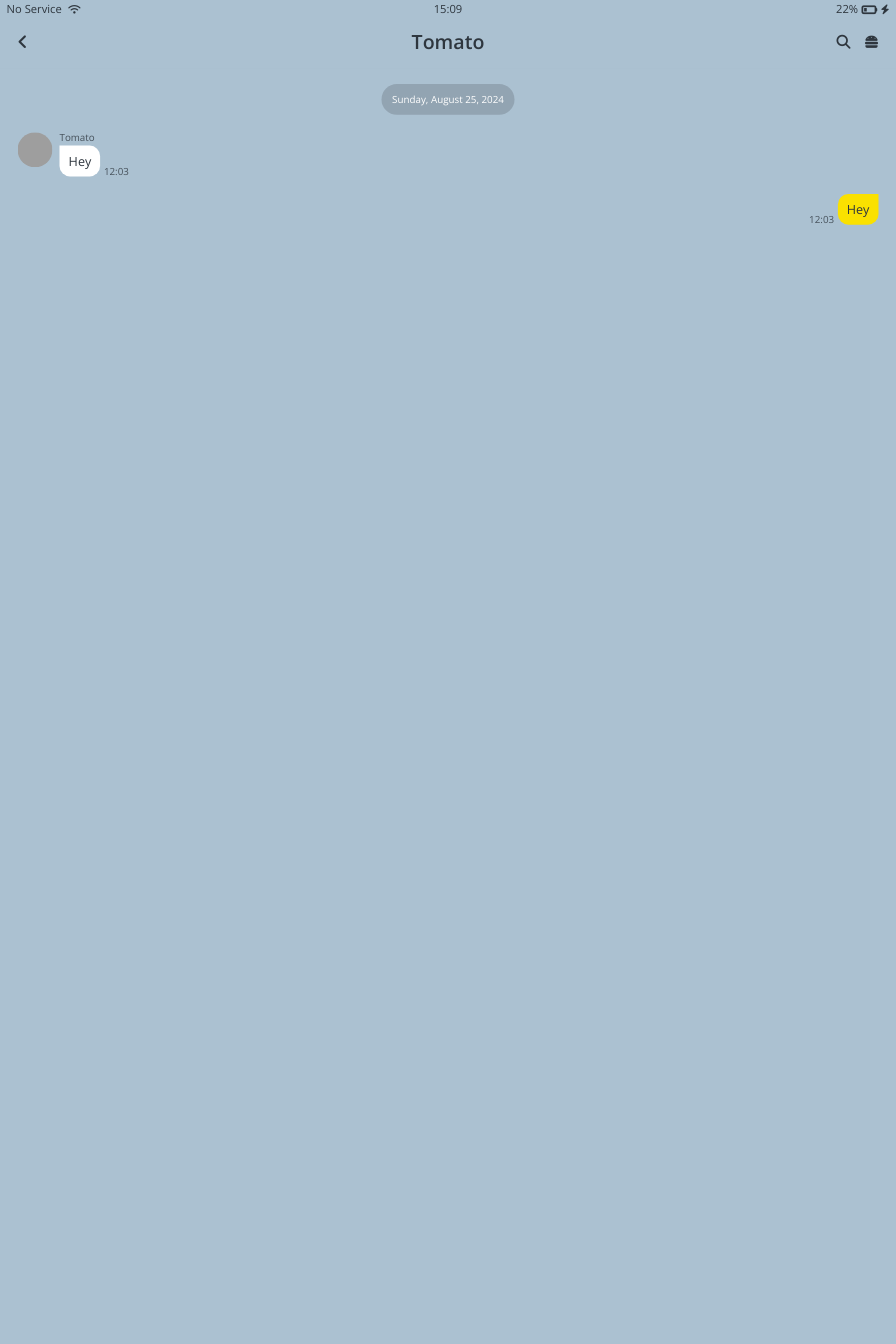
Repository: mjey14/kokoa-clone-2024-08
Page: chat.html
An editor plug-in stored every save of this project. The page is shown before and after the next save, followed by the edit.
The browser window is 1280 px wide. The pictures show the part of the page from y = 0 to 1920 px (the page is 79320 px tall), at 70% of full size.
Pictures or frames that could not be fetched are drawn as grey boxes. Some web libraries are served in a nearby version.

Above is the page before, as saved 2024-08-25 20:58:15.

### chat.html
<!DOCTYPE html>
<html lang="en">
  <head>
    <link rel="stylesheet" href="css/styles.css" />
    <meta charset="UTF-8" />
    <meta name="viewport" content="width=device-width, initial-scale=1.0" />
    <title>Chat w/ Tomato - KokoaClone</title>
  </head>
  <body id="chat-screen">
    <div class="status-bar" id="chat-screen__status-bar">
      <div class="status-bar__column">
        <span>No Service</span>
        <i class="fa-solid fa-wifi fa-sm"></i>
      </div>
      <div class="status-bar__column">
        <span>15:09</span>
      </div>
      <div class="status-bar__column">
        <span>22%</span>
        <i class="fa-solid fa-battery-quarter fa-lg"></i>
        <i class="fa-solid fa-bolt fa-sm"></i>
      </div>
    </div>

    <header class="alt-header">
      <div class="alt-header__column">
        <a href="chats.html"><i class="fa-solid fa-angle-left fa-xl"></i></a>
      </div>
      <div class="alt-header__column">
        <h1 class="alt-header__title">Tomato</h1>
      </div>
      <div class="alt-header__column">
        <span><i class="fa-solid fa-magnifying-glass fa-lg"></i></span>
        <span><i class="fa-solid fa-burger fa-lg"></i></span>
      </div>
    </header>

    <main class="main-screen main-chat">
      <div class="chat__timestamp">Sunday, August 25, 2024</div>
      <div class="message-row">
        <img
          src="https://www.heddensofwoodtown.co.uk/wp-content/uploads/2020/05/tomatoes_opt.jpg"
        />
        <div class="message-row__content">
          <span class="message__author">Tomato</span>
          <div class="message__info">
            <span class="message__bubble">Hey</span>
            <span class="message__time">12:03</span>
          </div>
        </div>
      </div>
      <div class="message-row message-row--own">
        <div class="message-row__content">
          <div class="message__info">
            <span class="message__bubble">Hey</span>
            <span class="message__time">12:03</span>
          </div>
        </div>
      </div>
    </main>

    <script
      src="https://kit.fontawesome.com/2eddee84de.js"
      crossorigin="anonymous"
    ></script>
  </body>
</html>

### css/styles.css
@import url("https://fonts.googleapis.com/css2?family=Open+Sans:ital,wght@0,300..800;1,300..800&display=swap");
@import "reset.css";
@import "variables.css";

/* Components */
@import "components/status-bar.css";
@import "components/nav-bar.css";
@import "components/screen-header.css";
@import "components/user-component.css";
@import "components/badge.css";
@import "components/icon-row.css";
@import "components/alt-screen-header.css";

/* Screens */
@import "screens/login.css";
@import "screens/friends.css";
@import "screens/find.css";
@import "screens/more.css";
@import "screens/settings.css";
@import "screens/chat.css";

body {
  font-family: "Open Sans", sans-serif;
  color: #2e363e;
}

.main-screen {
  padding: 0px var(--horizontal-space);
}

### css/components/status-bar.css
.status-bar {
  display: flex;
  justify-content: center;
  padding: 5px 3px;
  position: fixed;
  top: 0px;
  width: 100%;
  box-sizing: content-box;
}

.status-bar__column {
  width: 33%;
}

.status-bar__column:first-child span {
  margin-right: 5px;
}

.status-bar__column:nth-child(2) {
  display: flex;
  justify-content: center;
}

.status-bar__column:last-child {
  display: flex;
  justify-content: flex-end;
  align-items: center;
}

.status-bar__column .fa-battery-quarter {
  margin: 0px 5px;
}

### css/components/nav-bar.css
.nav {
  position: fixed;
  bottom: 0px;
  width: 100%;
  background-color: #f9f9fa;
  padding: 20px 50px;
  box-sizing: border-box;
  border-top: var(--main-border);
}

.nav__list {
  display: flex;
  justify-content: space-between;
}

.nav__link {
  color: #2e363e;
  position: relative;
}

.nav__notification {
  position: absolute;
  left: 20px;
  bottom: 15px;
}

.nav__newbadge {
  background-color: tomato;
  width: 5px;
  height: 5px;
  border-radius: 50%;
  display: flex;
  justify-content: center;
  align-items: center;
  position: absolute;
  left: 30px;
  bottom: 30px;
}

### css/components/screen-header.css
.screen-header {
  display: flex;
  justify-content: space-between;
  align-items: center;
  padding: var(--horizontal-space);
  margin-top: 20px;
  margin-bottom: 15px;
}

.screen-header__title {
  font-size: 32px;
  font-weight: 600;
}

.screen-header__icons span {
  margin-left: 25px;
}

.screen-header__icons {
  position: relative;
}

.screen-header__newbadge {
  background-color: tomato;
  width: 5px;
  height: 5px;
  border-radius: 50%;
  display: flex;
  justify-content: center;
  align-items: center;
  position: absolute;
  right: -5px;
  top: -5px;
}

### css/components/user-component.css
.user-component {
  justify-content: space-between;
  margin-bottom: 25px;
}

.user-component,
.user-component__column:first-child {
  display: flex;
  align-items: center;
}

.user-component__avatar {
  width: 70px;
  height: 70px;
  border: 1px solid rgba(0, 0, 0, 0.1);
  border-radius: 27px;
  margin-right: 20px;
}

.user-component__title {
  font-weight: 600;
  font-size: 22px;
}

.user-component__subtitle {
  margin-top: 8px;
  font-size: 17px;
  color: var(--gray);
}

.user-component__subtitle i {
  color: var(--gray);
  margin-left: 2px;
}

.user-component__avatar--xl {
  width: 80px;
  height: 80px;
}

.user-component__avatar--sm {
  width: 60px;
  height: 60px;
  border-radius: 25px;
}

.user-component__title--not-bold {
  font-weight: 400;
}

.user-component__column:last-child {
  color: var(--gray);
  display: flex;
  flex-direction: column;
  align-items: end;
}

.user-component__time {
  margin-bottom: 5px;
  display: block;
}

### css/components/badge.css
.badge {
  background-color: tomato;
  color: white;
  font-weight: 600;
  width: 25px;
  height: 25px;
  border-radius: 50%;
  display: flex;
  justify-content: center;
  align-items: center;
}

### css/components/alt-screen-header.css
.alt-header {
  padding: var(--horizontal-space);
  margin-top: 20px;
  margin-bottom: 15px;
  display: flex;
  align-items: center;
  justify-content: center;
}

.alt-header__column {
  width: 33%;
}

.alt-header__title {
  font-size: 28px;
  font-weight: 600;
}

.alt-header__column:first-child {
  margin-right: auto;
}

.alt-header__column:nth-child(2) {
  text-align: center;
}

.alt-header__column:last-child {
  margin-left: auto;
  display: flex;
  justify-content: flex-end;
}

.alt-header__column span:last-child {
  margin-left: 20px;
}

### css/screens/login.css
.welcome-header {
  margin: 90px 0px;
  text-align: center;
  display: flex;
  flex-direction: column;
  align-items: center;
}

.welcome-header__title {
  margin-bottom: 20px;
  font-size: 25px;
}

.welcome-header__text {
  width: 60%;
  opacity: 0.7;
}

#login-form {
  display: flex;
  flex-direction: column;
  margin: 0px 30px;
}

#login-form input {
  border: none;
  padding: 15px 0px;
  font-size: 18px;
  margin-bottom: 25px;
}

#login-form input:not([type="submit"]) {
  border-bottom: 1px solid rgba(0, 0, 0, 0.2);
  transition: border-color 0.3s ease-in-out;
}

#login-form input::placeholder {
  color: rgba(0, 0, 0, 0.4);
}

#login-form input:focus {
  border-color: var(--yellow);
}

#login-form input[type="submit"] {
  background-color: var(--yellow);
  cursor: pointer;
  padding: 15px 0px;
  border-radius: 5px;
}

#login-form a {
  text-align: center;
  text-decoration: none;
  color: inherit;
  font-size: 13px;
}

### css/screens/friends.css
#friends-display-link {
  text-align: center;
  display: block;
  background-color: #fafafa;
  padding: 15px 0px;
  font-size: 18px;
  margin-bottom: 25px;
  margin-top: -10px;
}

#friends-display-link i {
  color: rgba(0, 0, 0, 0.3);
}

.friends-screen {
  padding: 0px var(--horizontal-space);
}

.friends-screen__channel {
  border-top: var(--main-border);
  padding-top: 25px;
}

.friends-screen__channel-header {
  margin-bottom: 25px;
  display: flex;
  justify-content: space-between;
  color: var(--gray);
  font-size: 14px;
}

### css/screens/find.css
.recommended-friends {
  margin: 25px 0px;
  padding: 25px 0px;
  border-top: var(--main-border);
  border-bottom: var(--main-border);
}

.recommended-friends__title {
  font-size: 14px;
  color: var(--gray);
}

.recommended-friends span {
  display: block;
  margin: 100px 0px;
  text-align: center;
  font-size: 16px;
  color: var(--gray);
}

.open-chat__header {
  display: flex;
  justify-content: space-between;
  font-size: 14px;
  color: var(--gray);
  margin-bottom: 25px;
}

.open-chat__header span {
  opacity: 0.8;
}

.open-post {
  display: flex;
  justify-content: space-between;
  align-items: center;
}

.open-post__title {
  font-weight: 600;
  margin-bottom: 10px;
}

.open-post__hashtags {
  text-transform: uppercase;
  color: var(--gray);
}

.open-post__members {
  margin-top: 7px;
  display: flex;
  align-items: center;
}

.open-post__members img {
  width: 15px;
  height: 15px;
  border-radius: 50%;
  margin-right: 5px;
}

.open-post__members-count {
  color: var(--gray);
  font-size: 14px;
}

.open-post__members .divider {
  width: 1px;
  height: 12px;
  margin: 0px 5px;
  background-color: var(--gray);
}

.open-post__members-status {
  color: #ffb0e0;
}

.open-post__photo {
  position: relative;
}

.open-post__photo img {
  width: 120px;
  height: 120px;
  border-radius: 10px;
}

.open-post__heart-count {
  background-color: rgba(0, 0, 0, 0.5);
  color: white;
  padding: 5px;
  border-radius: 20px;
  display: flex;
  align-items: center;
  position: absolute;
  bottom: 10px;
  right: 10px;
  font-size: 14px;
}

.open-post__heart-count span {
  margin-left: 5px;
  margin-right: 2px;
}

### css/screens/more.css
.more-screen .icon-row {
  margin-bottom: 40px;
}

.more-suggestions {
  margin-top: 50px;
  border-top: var(--main-border);
  padding-top: 40px;
}

.more-suggestions__title {
  margin-bottom: 30px;
}

.more-suggestions__icons {
  display: flex;
}

.more-suggestions__icon {
  margin-right: 30px;
  display: flex;
  flex-direction: column;
  align-items: center;
}

.more-suggestions__icon-image {
  width: 60px;
  height: 60px;
  background-color: var(--yellow);
  border-radius: 10px;
  display: flex;
  justify-content: center;
  align-items: center;
  margin-bottom: 10px;
}

.more-suggestions__icon-image i {
  font-size: 32px;
  color: white;
}

### css/screens/settings.css
.settings__setting {
  padding: 20px 0px;
  border-bottom: 1px solid rgba(0, 0, 0, 0.1);
  font-size: 18px;
  display: flex;
  align-items: center;
  justify-content: space-between;
}

.settings__setting i {
  opacity: 0.8;
  margin-right: 20px;
  font-size: 20px;
}

.settings__setting-column:last-child {
  opacity: 0.7;
}

### css/screens/chat.css
#chat-screen {
  background-color: #abc1d1;
  height: 11000vh;
}

#chat-screen .alt-header,
#chat-screen .status-bar {
  top: 0;
  position: fixed;
  width: 100%;
  background-color: #abc1d1;
  box-sizing: border-box;
}

#chat-screen .status-bar {
  z-index: 2;
}

#chat-screen__status-bar {
  background-color: #abc1d1;
}

#chat-screen .alt-header {
  position: fixed;
  width: 100%;
  top: 0;
  box-sizing: border-box;
  background-color: #abc1d1;
  z-index: 1;
}

.main-chat {
  margin-top: 150px;
}

.main-chat {
  margin-top: 120px;
  display: flex;
  flex-direction: column;
  align-items: center;
}

.chat__timestamp {
  color: white;
  background-color: #92a4b2;
  padding: 15px;
  font-size: 14px;
  border-radius: 25px;
  margin-bottom: 25px;
}

.message-row {
  width: 100%;
  display: flex;
  margin-bottom: 25px;
}

.message-row img {
  width: 50px;
  height: 50px;
  border-radius: 50%;
  margin-right: 10px;
}

.message__author {
  margin-bottom: 5px;
  display: block;
}

.message__info {
  display: flex;
  align-items: flex-end;
}

.message__bubble {
  background-color: white;
  padding: 13px;
  font-size: 18px;
  border-radius: 15px;
  border-top-left-radius: 0px;
  margin-right: 5px;
}

.message__time,
.message__author {
  opacity: 0.8;
  font-size: 14px;
}
.message-row--own {
  justify-content: flex-end;
}

.message-row--own .message__bubble {
  background-color: var(--yellow);
  border-top-right-radius: 0px;
  border-top-left-radius: 15px;
  margin-right: 0px;
  margin-left: 5px;
}

.message-row--own .message__info {
  flex-direction: row-reverse;
}

Loaded but not shown: css/reset.css (common file); css/variables.css (common file); css/components/icon-row.css (common file)

After the next save:
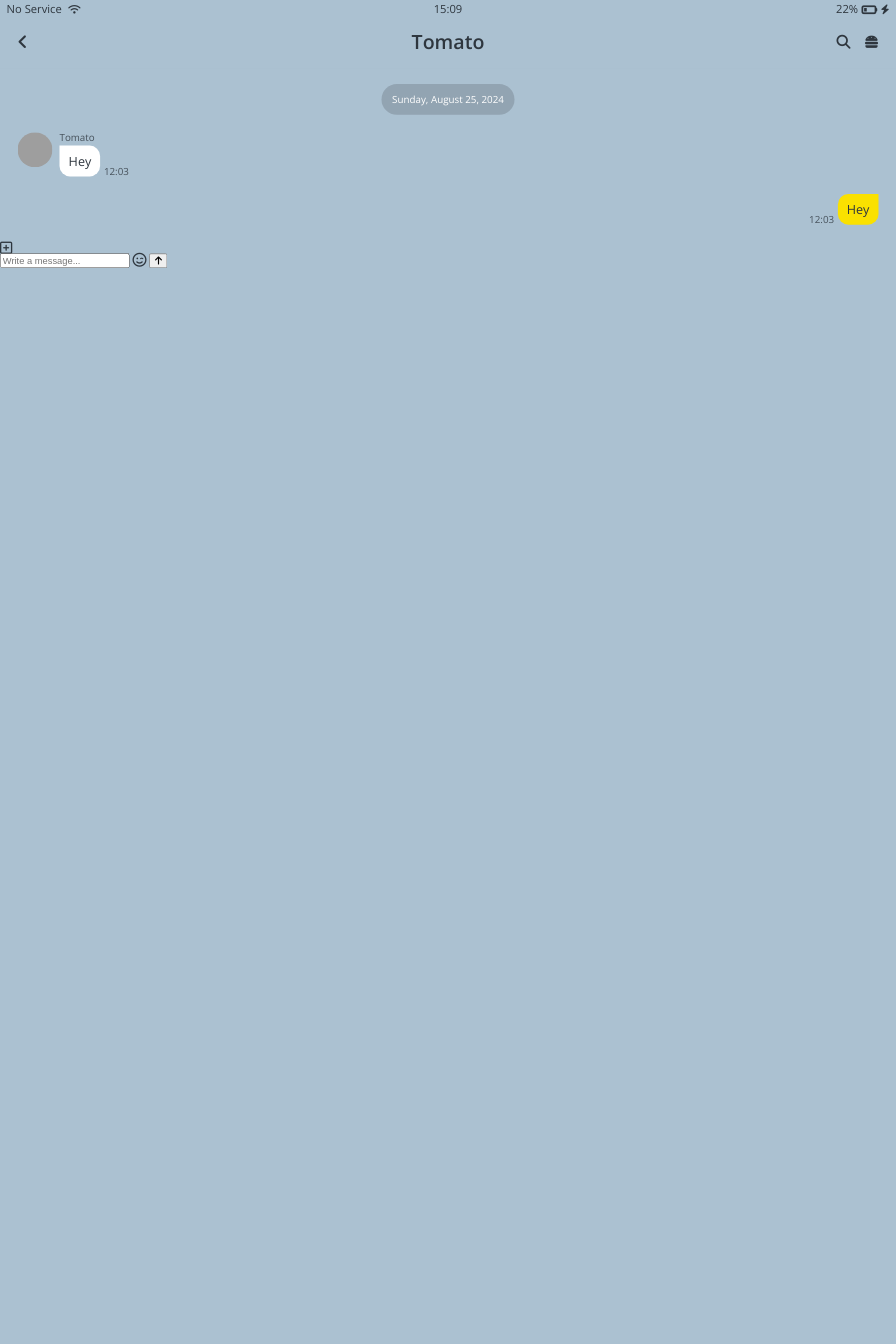
Saved 24 s later.
--- a/chat.html
+++ b/chat.html
@@ -59,6 +59,19 @@
       </div>
     </main>
 
+    <form class="reply">
+      <div class="reply__column">
+        <i class="far fa-plus-square fa-lg"></i>
+      </div>
+      <div class="reply__column">
+        <input type="text" placeholder="Write a message..." />
+        <i class="far fa-smile-wink fa-lg"></i>
+        <button>
+          <i class="fas fa-arrow-up"></i>
+        </button>
+      </div>
+    </form>
+
     <script
       src="https://kit.fontawesome.com/2eddee84de.js"
       crossorigin="anonymous"
